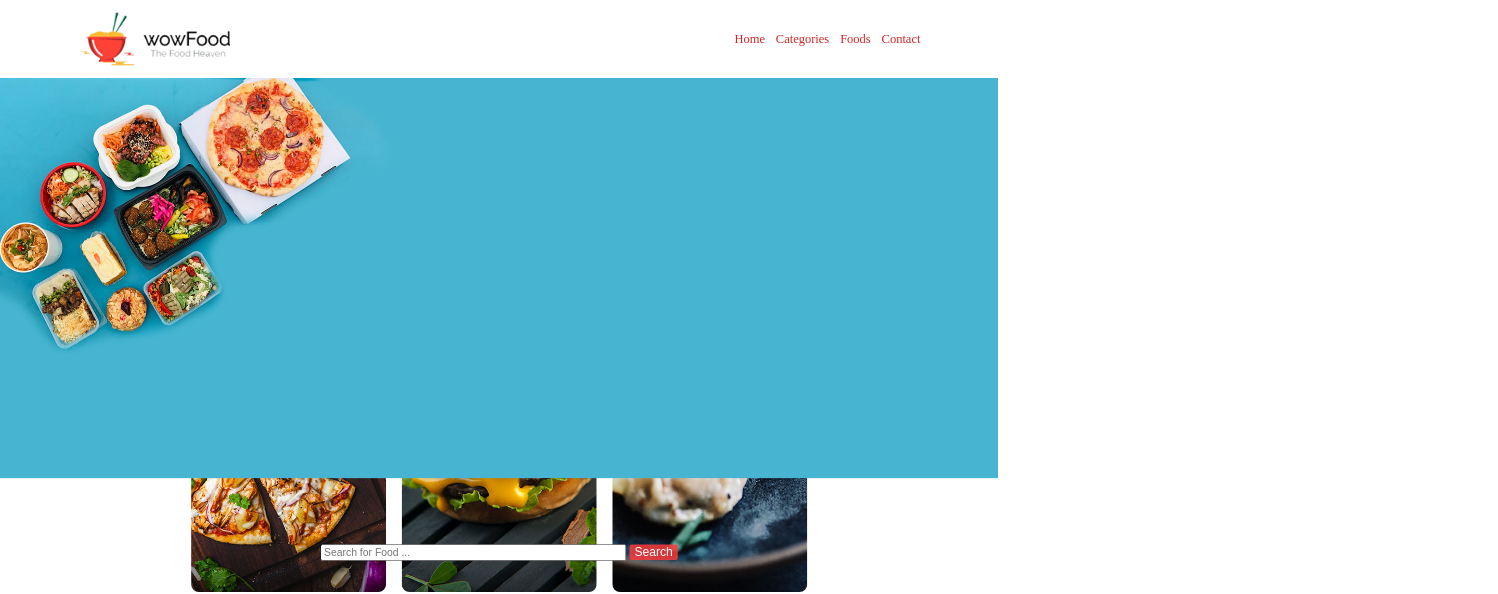
Repository: ruaruababa/WowFood
Page: index.html
The author's editor kept a copy of each file at every save. The page is drawn from the files as they stood at one save, then again after the next save.
The browser window is 1280 px wide. The page is 1280 px wide, then 1920 px, then 1280 px, so the pictures cover 1920 px, including what lies to the right of the window. The pictures show the whole page, at 78% of full size.

Above is the page before, as saved 2021-09-17 23:08:52.

After the next save:
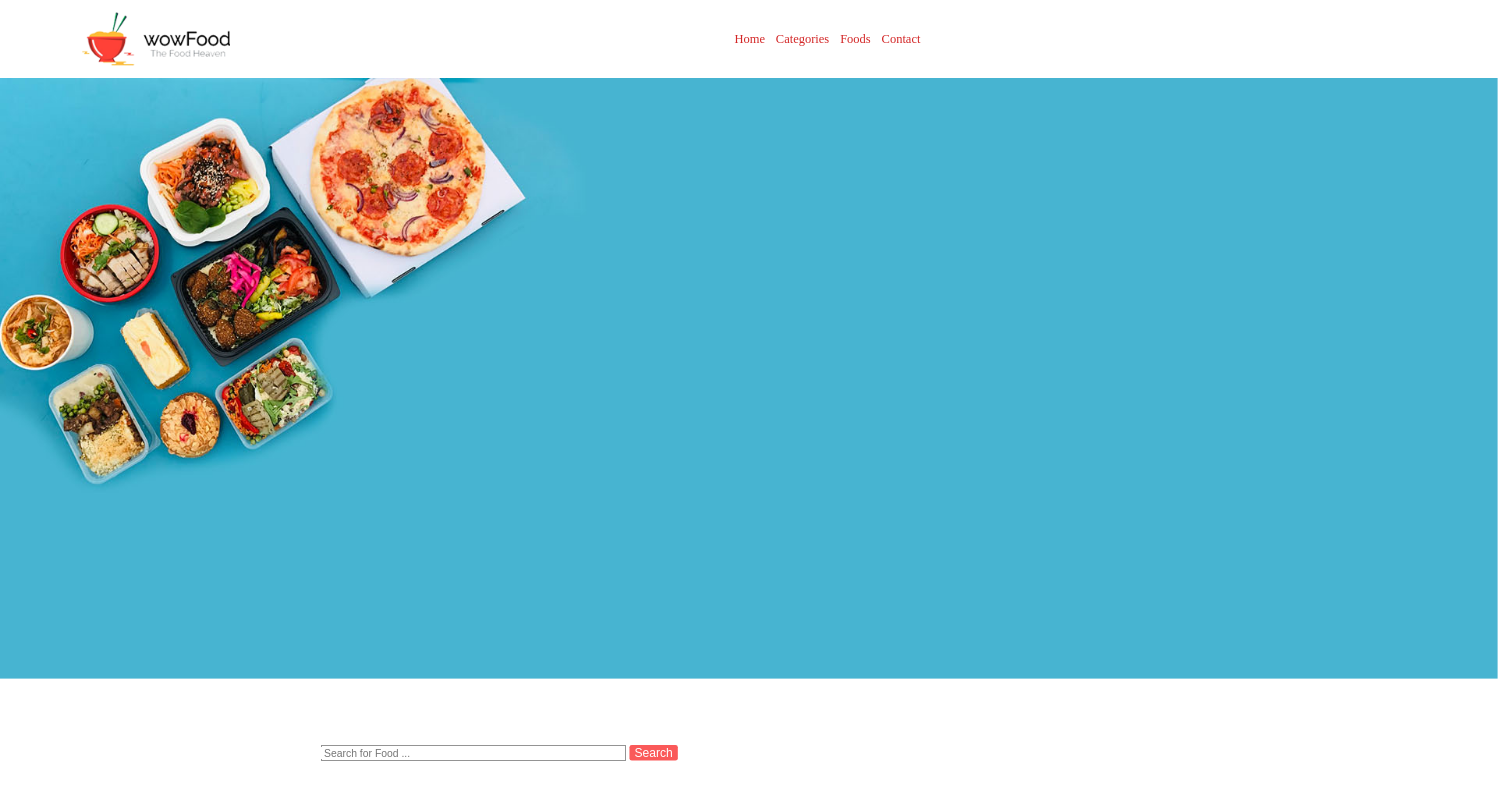
Saved 4 s later.
--- a/style.css
+++ b/style.css
@@ -40,6 +40,7 @@
 }
 .background-search img{
     margin-top: 15px;
+    h
     width: 100%;
     object-fit: cover;
 }

After the 2 saves that followed:
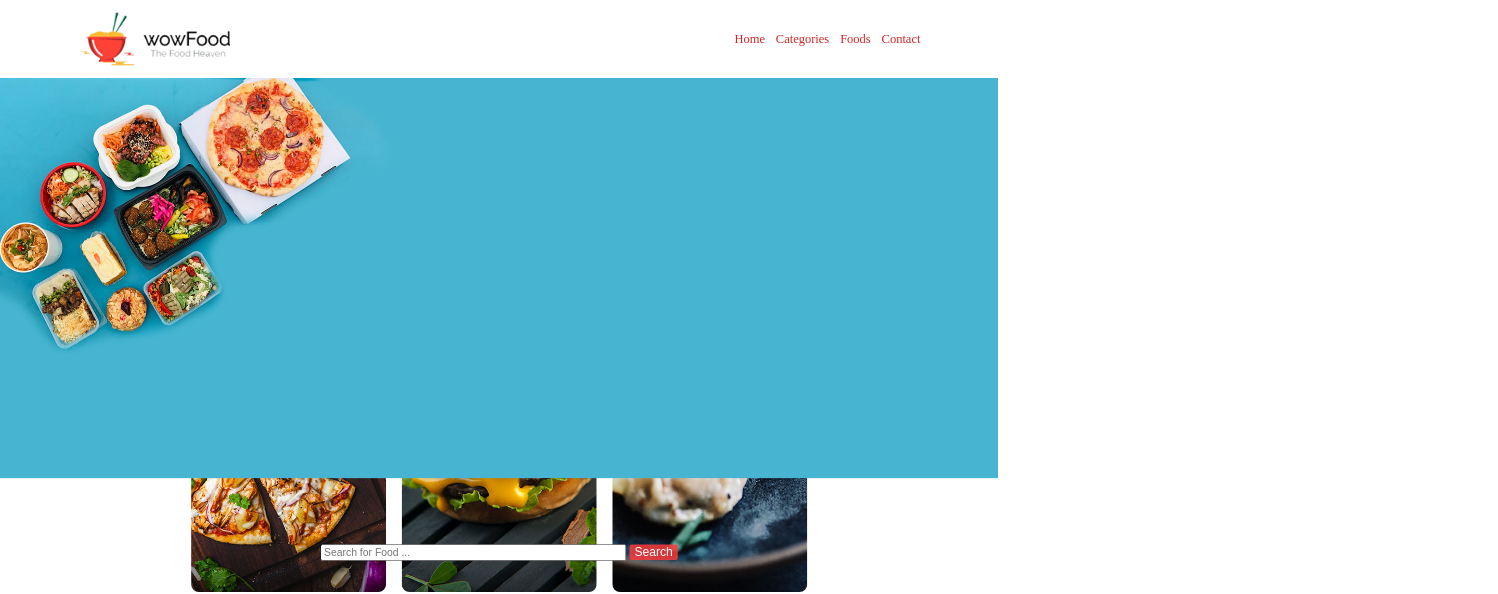
The 2 saves are shown as one change because they came seconds apart.
The last was saved 6 s later.
--- a/style.css
+++ b/style.css
@@ -40,7 +40,7 @@
 }
 .background-search img{
     margin-top: 15px;
-    h
+    height: ;
     width: 100%;
     object-fit: cover;
 }
